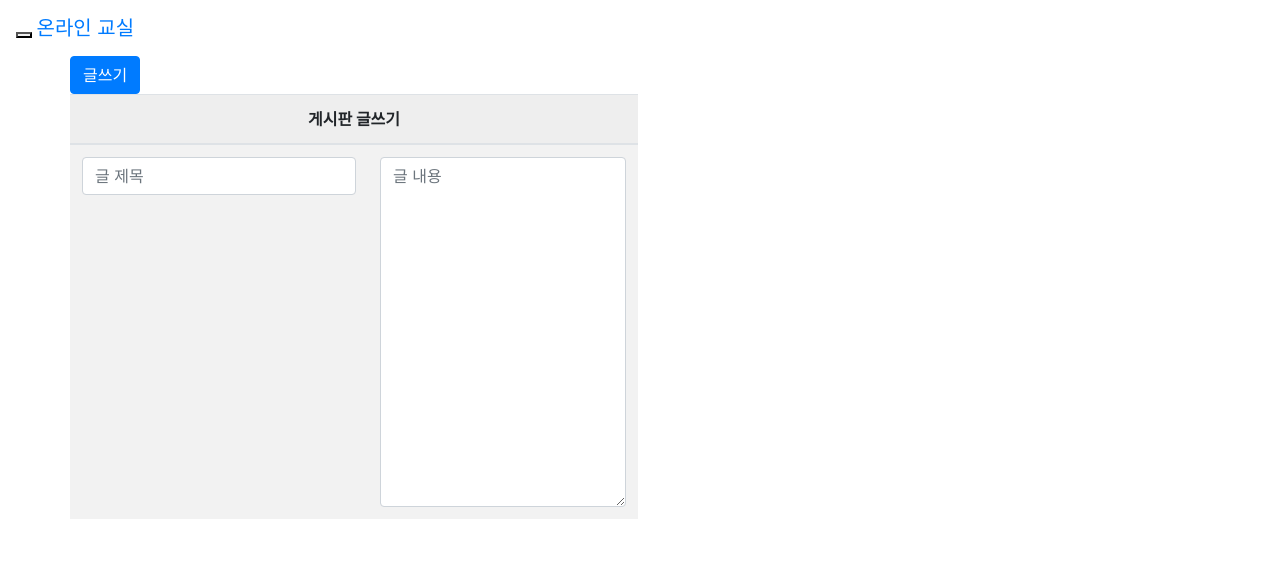
Repository: Munro-L/I-spy-oT__cuHacking-2019
Page: http://localhost/BBS/write.jsp
An editor plug-in stored every save of this project. The page is shown before and after the next save, followed by the edit.
The browser window is 1280 px wide. The pictures show the whole page.
The page is served by Tomcat 9. Other server files are loaded and not shown.

Above is the page before, as saved 2019-02-02 04:22:39.

### BBS-master/projects/BBS/WebContent/write.jsp
<%@ page language="java" contentType="text/html; charset=UTF-8"
    pageEncoding="UTF-8"%>
<%@ page import = "java.io.PrintWriter" %>
<!DOCTYPE html>
<html>
	<head>
		<meta http-equiv="Content-Type" content="text/html; charset=UTF-8">
		<meta name="viewport" content="width=device-width" initial-scale="1">
		<link rel="stylesheet" href="css/bootstrap.css">
		<title>온라인 교실</title>
	</head>
	<body>
		<%
			String userID = null;
			if(session.getAttribute("userID")!=null){
				userID = (String) session.getAttribute("userID");
			}

		%>
		<nav class="navbar navbar-default">
			<div class="navbar-header">
				<button type="button" class="navbar-toggle collapsed"
					data-toggle="collapse" data-target="#bs-example-navbar-collapse-1"
					aria-expanded="false">
					<span class="icon-bar"></span>
					<span class="icon-bar"></span>
					<span class="icon-bar"></span>
				</button>
				<a class="navbar-brand" href="main.jsp">온라인 교실</a>
			</div>
			<div class="collapse navbar-collapse" id="bs-example-navbar-collapse-1">
				<ul class="nav navbar-nav">
					<li><a href="main.jsp">메인</a></li>
					<li class="active"><a href="bbs.jsp">게시판</a></li>
				</ul>
				<%
					if(userID==null){
				%>
				<ul class="nav navbar-nav navbar-right">
					<li class="dropdown">
						<a href="#" class="dropdown-toggle"
							data-toggle="dropdown" role="button" aria-haspopup="true"
							aria-expanded="false">접속하기<span class="caret"></span></a>
						<ul class="dropdown-menu">
							<li><a href="login.jsp">로그인</a></li>
							<li><a href="join.jsp">회원가입</a></li>
						</ul>
					</li>
				</ul>
				<%
					}else{
				%>
				<ul class="nav navbar-nav navbar-right">
					<li class="dropdown">
						<a href="#" class="dropdown-toggle"
							data-toggle="dropdown" role="button" aria-haspopup="true"
							aria-expanded="false">회원관리<span class="caret"></span></a>
						<ul class="dropdown-menu">
							<li><a href="logoutAction.jsp">로그아웃</a></li>
						</ul>
					</li>
				</ul>
				<%
					}
				%>

			</div>
		</nav>

		<div class="container">
			<div class="row">
				<form method="post" action="writeAction.jsp">
				<table class="table table-striped">
					<thead>
						<tr>
							<th colspan="2" style="background-color:#eeeeee; text-align: center;">게시판 글쓰기</th>
						</tr>
					</thead>
					<tbody>
						<tr>
							<td><input type="text" class="form-control" placeholder="글 제목" name="bbsTitle" maxlength="50"></td>
							<td><textarea type="text" class="form-control" placeholder="글 내용" name="bbsContent" maxlength="2048" style="height:350px"></textarea></td>
						</tr>
					</tbody>
						<input type="submit" class="btn btn-primary pull-right" value="글쓰기">
				</table>
				</form>
			</div>
		</div>
	</body>
</html>

Loaded but not shown: BBS-master/projects/BBS/WebContent/css/bootstrap.css (library)

After the next save:
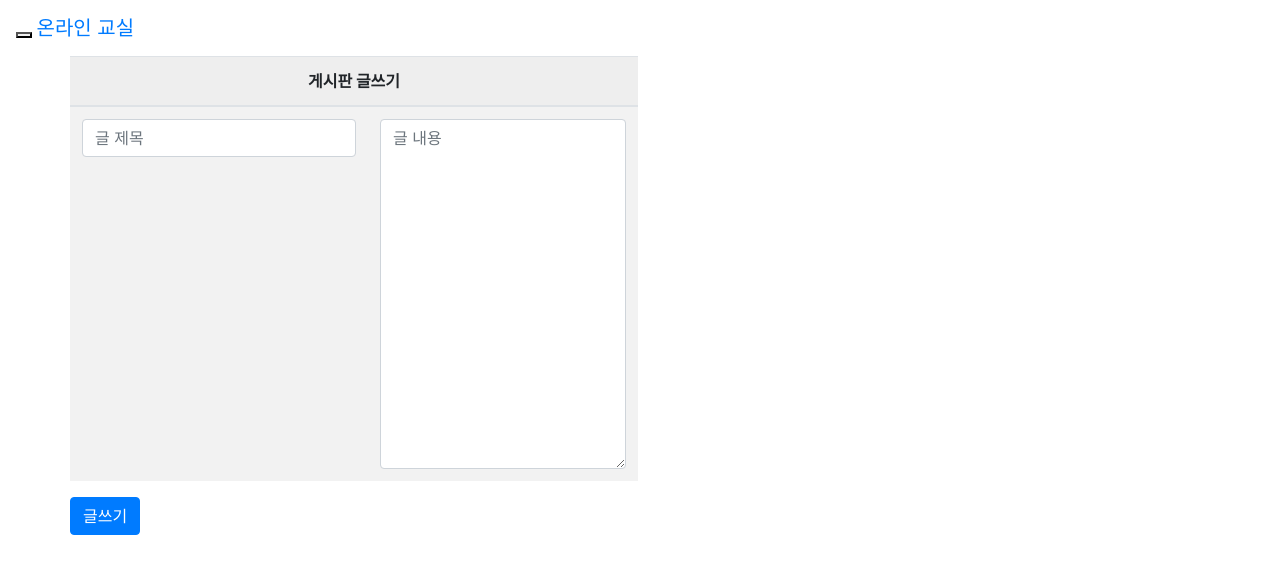
Saved 31 s later.
--- a/BBS-master/projects/BBS/WebContent/write.jsp
+++ b/BBS-master/projects/BBS/WebContent/write.jsp
@@ -82,8 +82,8 @@
 							<td><textarea type="text" class="form-control" placeholder="글 내용" name="bbsContent" maxlength="2048" style="height:350px"></textarea></td>
 						</tr>
 					</tbody>
-						<input type="submit" class="btn btn-primary pull-right" value="글쓰기">
 				</table>
+				<input type="submit" class="btn btn-primary pull-right" value="글쓰기">
 				</form>
 			</div>
 		</div>
